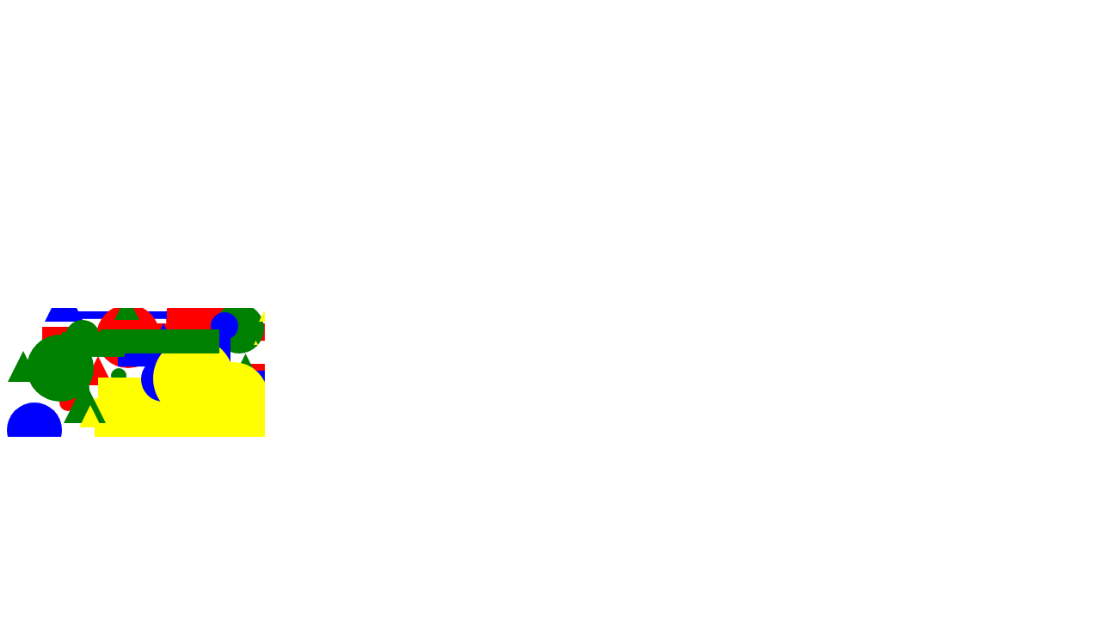
Repository: mxt123/html5
Page: canvas2.html
The author's editor kept a record of every edit. The page is drawn from the files as they stood at one moment, then again after the next edit.
The browser window is 1280 px wide. The page is 1280 px wide, then 1288 px, so the pictures cover 1288 px, including what lies to the right of the window. The pictures show the whole page, at 86% of full size.

Above is the page before.

After the next edit:
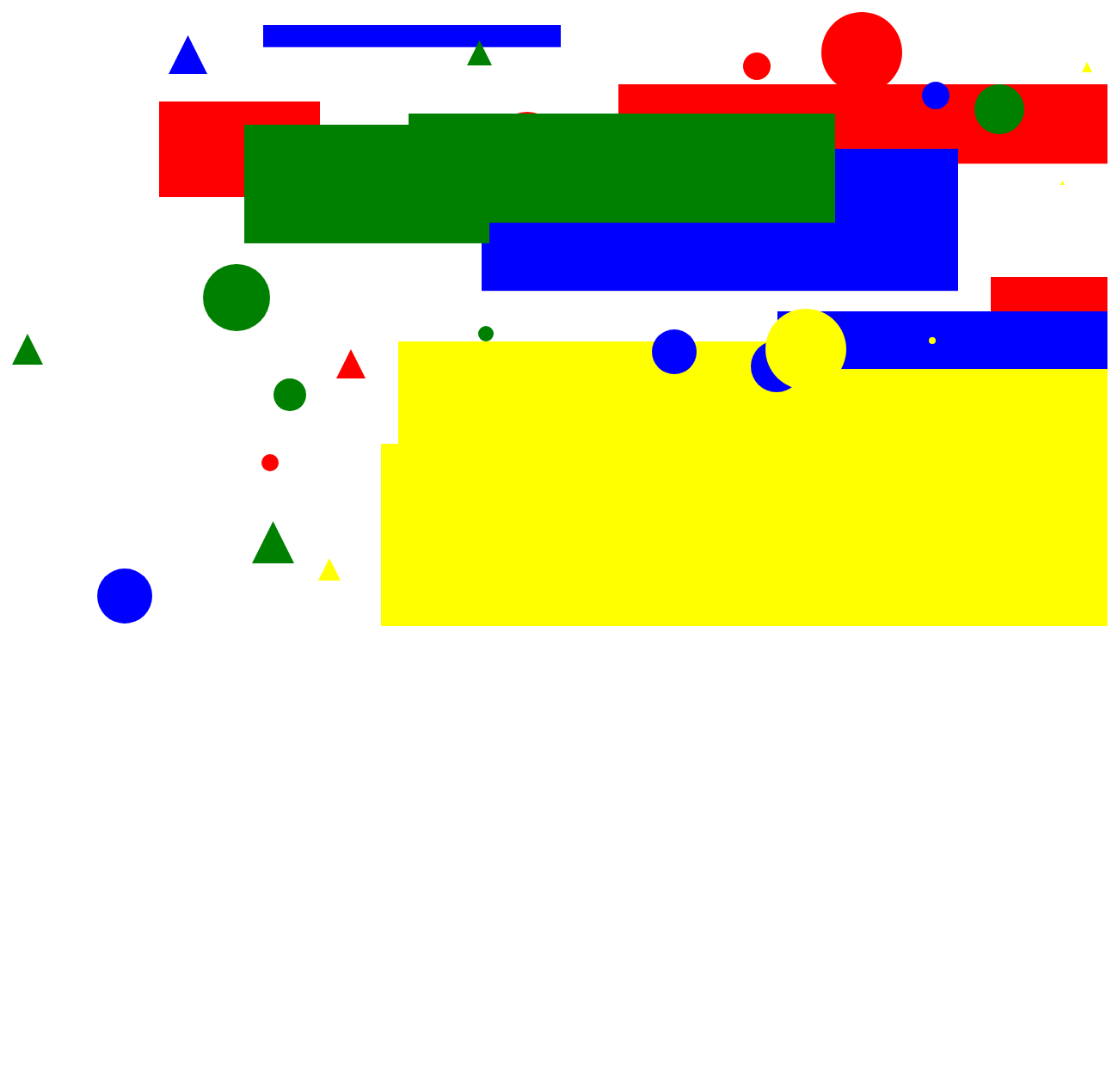
The edit:
--- a/canvas2.js
+++ b/canvas2.js
@@ -57,7 +57,7 @@
 
 function init()
 {
+	fullScreen("canvas");
 	drawShapes(50,"canvas");
-<!--	drawShapes(50,"canvas2"); -->
 }
 onload=init;
